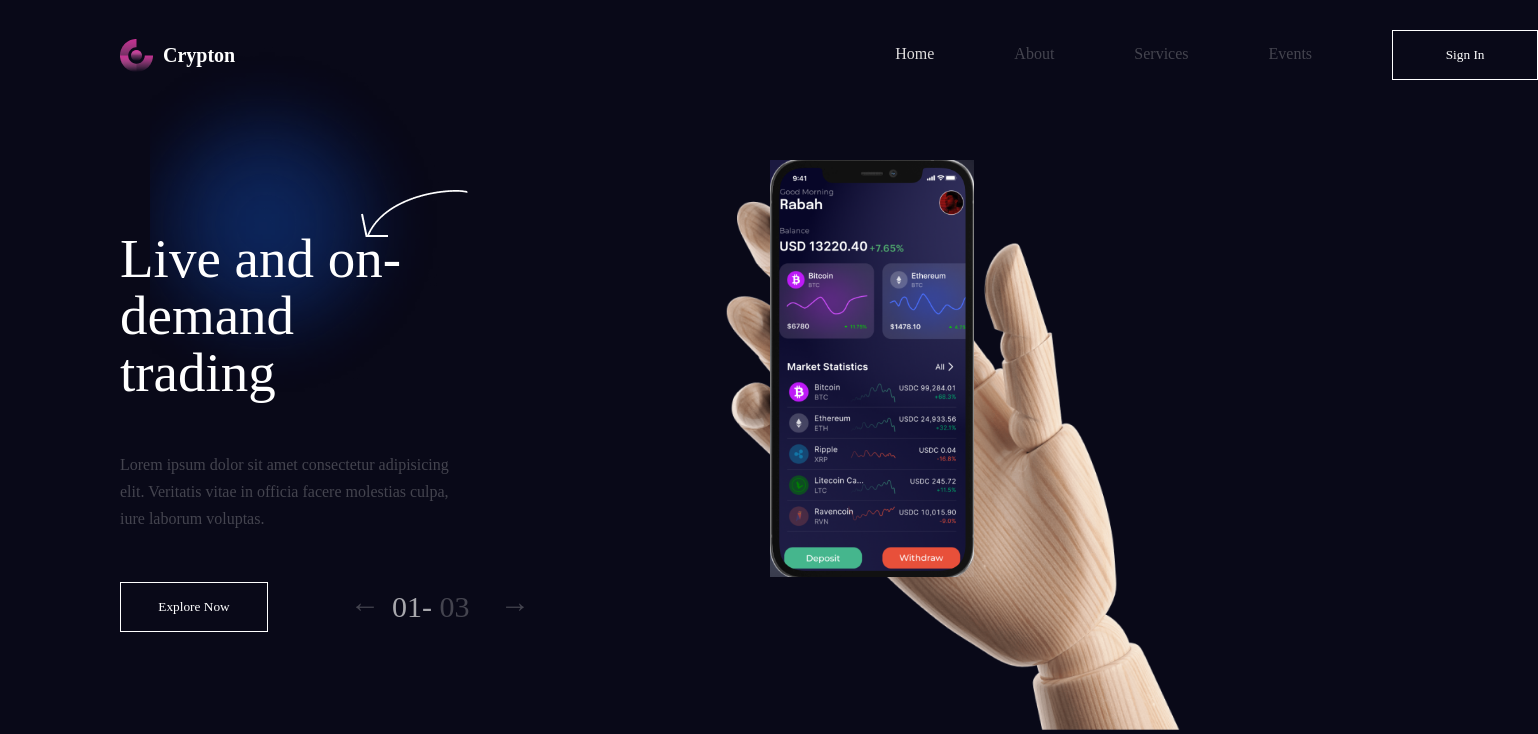
Repository: isaacCodes1/Crypton-Website
Page: index.html
The author's editor kept a copy of each file at every save. The page is drawn from the files as they stood at one save, then again after a run of saves.
The browser window is 1280 px wide. The page is 1538 px wide, so the pictures cover 1538 px, including what lies to the right of the window. The pictures show the whole page.

Above is the page before, as saved 2024-05-14 21:06:44.

### index.html
<!DOCTYPE html>
<html lang="en">
  <head>
    <meta charset="UTF-8" />
    <meta name="viewport" content="width=device-width, initial-scale=1.0" />
    <link rel="stylesheet" href="style.css" />
    <title>Crypton HomePage</title>
  </head>
  <body>
    <header>
      <nav>
        <div class="headerGen">
          <div class="logo">
            <img class="logoImage" src="/Assets/Group 605.png" alt="" />
            <p class="logoText">Crypton</p>
            <ul>
              <li>Home</li>
              <li style="color: #d6d5d54a">About</li>
              <li style="color: #d6d5d54a">Services</li>
              <li style="color: #d6d5d54a">Events</li>
              <button class="sign">Sign In</button>
            </ul>
          </div>
        </div>
      </nav>
    </header>
    <section>
      <div class="firstSectionGeneral">
        <div class="liveTexts">
          <h1 class="liveText"><span><img class="shadow" src="/Assets/shadow.png" alt=""></span><span><img class="arrow" src="/Assets/Arrow_03.png" alt=""></span>Live and on-demand trading</h1>
          <p class="lorem">
            Lorem ipsum dolor sit amet consectetur adipisicing elit. Veritatis
            vitae in officia facere molestias culpa, iure laborum voluptas.
          </p>
          <button class="explore">Explore Now</button>
          <span class="rArrow">&#8592;</span>
          <p class="innerP">01- <span class="theBrownNumber">03</span></p>
          <span class="lArrow">&#8594;</span>
        </div>
      </div>
    </section>
    <section>
      <div class="handDiv">
        <div class="woodenHand">
          <img class="wood" src="/Assets/rabat.png
          " alt="">
          <img class="hand" src="/Assets/Hand.png" alt="">
        </div>
      </div>
    </section>
  </body>
</html>

### style.css
    * {
    margin: 0;
    padding: 0;
    box-sizing: border-box;
    font-family: "poppins";
    }
body{
    background-color: rgb(9, 9, 24);
}
/* NavBar */
.logo {
    display: flex;
    align-items: center;
    gap: 10px;
    padding-top: 30px;
    margin-left: 120px;
    margin-bottom: 150px;
    cursor: pointer;
}
.logoText{
    font-size: 20px;
    color: #fff;
    margin-right: 650px;
    font-weight: 600;
}
.logo ul{
    display: flex;
    color: #dedcdc;
    list-style: none;
    gap: 80px;
    display: flex;
    align-items: center;
    cursor: pointer;
}
    .logo ul li {
        list-style: none;
        display: inline-block;
        /* padding: 8px 12px; */
        position: relative;
    }
    .logo ul li::after {
        content: "";
        width: 0%;
        height: 2px;
        background: #fff;
        display: block;
        margin: auto;
        transition: 0.5s;
    }
    .logo ul li:hover::after {
        width: 70%;
    }

.sign{
    width: 146px;
    height: 50px;
    border: 1px solid #fff;
    background: transparent;
    color: #fff;
    cursor: pointer;
}
/* Landing Page */
.liveTexts{
    /* display: flex; */
}
.liveText{
    display: flex;
    flex-direction: column;
    font-size: 55px;
    width: 340px;
    line-height: 57px;
    color: #fff;
    margin-left: 120px;
    font-weight: normal;
    margin-bottom: 50px;
}
.shadow{
    width: 25%;
    position: absolute;
    top: 20px;
    left: 150px;
    z-index: -1;
}
.lorem{
    color: #d6d5d54a;
    width: 27%;
    margin-left: 120px;
    line-height: 27px;
    margin-bottom: 50px;
}
.explore{
    margin-left: 120px;
    width: 148px;
    height: 50px;
    background: transparent;
    color: #fff;
    border: 1px solid #fff;
}
.arrow{
    position: absolute;
    top: 120px;
    left: 320px;
}
.rArrow{
    position: absolute;
    font-size: 30px;
    top: 585px;
    left: 350px;
    margin-right: 200px;
    color: #d6d5d54a;
    display: flex;
    align-items: center;
}
.lArrow{
    position: absolute;
    font-size: 30px;
    top: 585px;
    left: 500px;
    color: #d6d5d54a;
    display: flex;
    align-items: center;
}
.innerP{
    position: absolute;
    left: 392px;
    top: 590px;
    color: #ffffffa4;
    font-size: 30px;
}
.theBrownNumber{
    color: #d6d5d54a;
}
/* Wooden Hand Image */
.handDiv{
    display: flex;
    position: absolute;
    top: 190px;
    right: 100px;
}
.hand{
    height: 75vh;
    width: 100%;
}
.wood{
    position: absolute;
    right: 206px;
    top: -30px;
    width: 45%;
}

After the next 2 saves:
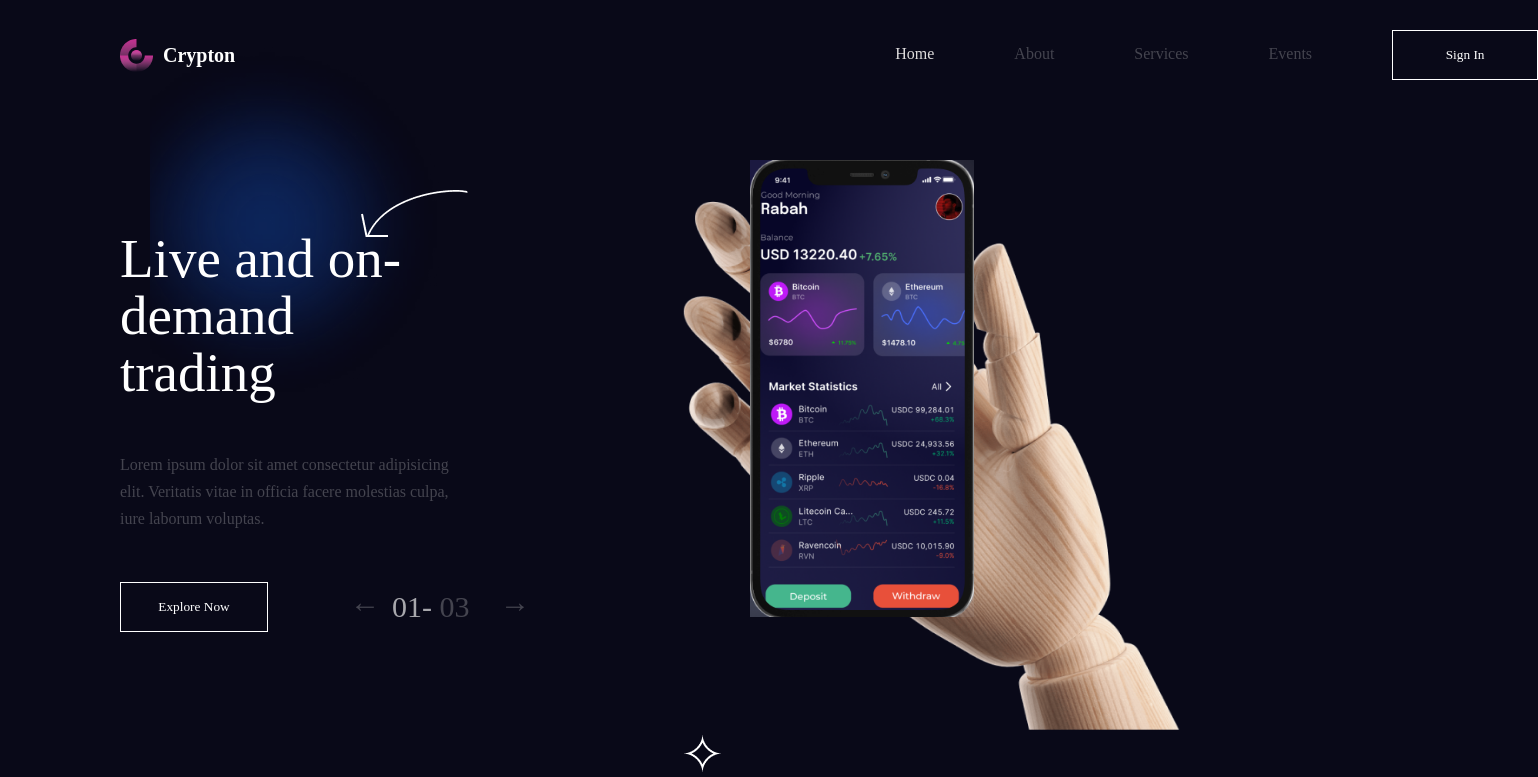
The 2 saves are shown as one change because they came seconds apart.
The last was saved 108 s later.
--- a/index.html
+++ b/index.html
@@ -45,6 +45,7 @@
           <img class="wood" src="/Assets/rabat.png
           " alt="">
           <img class="hand" src="/Assets/Hand.png" alt="">
+          <img src="/Assets/Star 5.png" alt="">
         </div>
       </div>
     </section>
